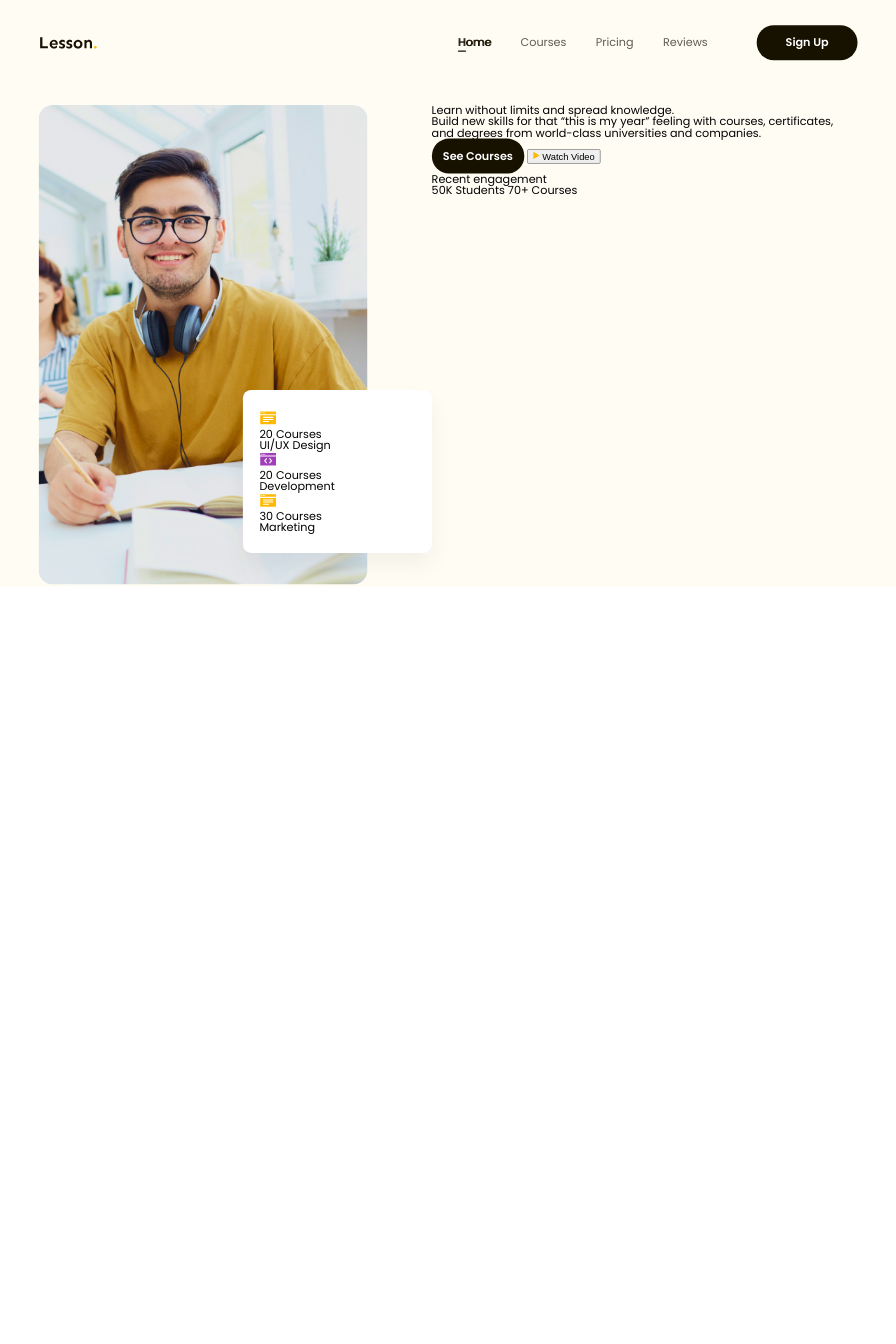
Repository: Tibi2003/f8-htmlcss-02
Page: index.html
These files come from the project's save history. The page is drawn as it stood at one moment and after the next save; the edit follows.
The browser window is 1280 px wide. The pictures show the part of the page from y = 0 to 1920 px (the page is 5000 px tall), at 70% of full size.

Above is the page before, as saved 2024-03-07 09:45:29.

### index.html
<!DOCTYPE html>
<html lang="en">
	<head>
		<meta charset="UTF-8" />
		<meta name="viewport" content="width=device-width, initial-scale=1.0" />
		<title>F8 Project 02</title>
		<!-- Reset CSS -->
		<link rel="stylesheet" href="./assets/css/reset.css" />
		<!-- Embed fonts -->
		<link rel="preconnect" href="https://fonts.googleapis.com" />
		<link rel="preconnect" href="https://fonts.gstatic.com" crossorigin />
		<link
			href="https://fonts.googleapis.com/css2?family=Poppins:ital,wght@0,100;0,200;0,300;0,400;0,500;0,600;0,700;0,800;0,900;1,100;1,200;1,300;1,400;1,500;1,600;1,700;1,800;1,900&family=Sen:wght@400..800&display=swap"
			rel="stylesheet" />
		<!-- Styles -->
		<link rel="stylesheet" href="./assets/css/styles.css" />
	</head>
	<body>
		<main style="height: 5000px">
			<!-- Header -->
			<header class="header fixed">
				<div class="main-content">
					<div class="body">
						<!-- Logo -->
						<img
							src="./assets/img/logo.svg"
							alt="Lesson."
							class="logo" />

						<!-- Nav -->
						<nav class="nav">
							<ul>
								<li class="active">
									<a href="#!">Home</a>
								</li>
								<li>
									<a href="#!">Courses</a>
								</li>
								<li>
									<a href="#!">Pricing</a>
								</li>
								<li>
									<a href="#!">Reviews</a>
								</li>
							</ul>
						</nav>

						<!-- Action -->
						<div class="action">
							<a href="#!" class="btn sign-up-btn">Sign Up</a>
						</div>
					</div>
				</div>
			</header>

			<!-- Hero -->
			<div class="hero">
				<div class="main-content">
					<div class="body">
						<!-- Hero left -->
						<div class="media-block">
							<img
								src="./assets/img/hero-img.jpg"
								alt="Learn without limits and spread knowledge."
								class="img" />

							<div class="hero-summary">
								<div class="item">
									<div class="icon">
										<img
											src="./assets/icons/list.svg"
											alt="" />
									</div>
									<div class="info">
										<p class="label">20 Courses</p>
										<p class="title">UI/UX Design</p>
									</div>
								</div>
								<div class="item">
									<div class="icon">
										<img
											src="./assets/icons/code.svg"
											alt="" />
									</div>
									<div class="info">
										<p class="label">20 Courses</p>
										<p class="title">Development</p>
									</div>
								</div>
								<div class="item">
									<div class="icon">
										<img
											src="./assets/icons/list.svg"
											alt="" />
									</div>
									<div class="info">
										<p class="label">30 Courses</p>
										<p class="title">Marketing</p>
									</div>
								</div>
							</div>
						</div>

						<!-- Hero right -->
						<div class="content-block">
							<h1 class="heading">
								Learn without limits and spread knowledge.
							</h1>
							<p class="desc">
								Build new skills for that “this is my year”
								feeling with courses, certificates, and degrees
								from world-class universities and companies.
							</p>
							<div class="cta-group">
								<a href="#!" class="btn">See Courses</a>
								<button class="watch-video">
									<div class="icon">
										<img
											src="./assets/icons/play.svg"
											alt="" />
										<span>Watch Video</span>
									</div>
								</button>
							</div>
							<p class="desc">Recent engagement</p>
							<p class="desc">
								<strong>50K</strong> Students
								<strong>70+</strong> Courses
							</p>
						</div>
					</div>
				</div>
			</div>
		</main>
	</body>
</html>

### assets/css/styles.css
* {
	box-sizing: border-box;
}

html {
	font-size: 62.5%;
}

body {
	font-size: 1.6rem;
	font-family: "Poppins", sans-serif;
}

/* Common */
.main-content {
	width: 1170px;
	max-width: calc(100% - 48px);
	margin-left: auto;
	margin-right: auto;
}

a {
	text-decoration: none;
}

.btn {
	display: inline-block;
	min-width: 118px;
	padding: 0 16px;
	line-height: 50px;
	color: #fff;
	text-align: center;
	font-size: 1.6rem;
	font-weight: 600;
	border-radius: 24.5px;
	background: #171100;
}

/* Header */
.header {
	background: #fffcf4;
}

.header.fixed {
	position: sticky;
	top: -28px;
}

.header .body {
	display: flex;
	align-items: center;
	padding: 36px 0 8px;
}

.nav {
	margin-left: auto;
}

.nav ul {
	display: flex;
}

.nav a {
	position: relative;
	padding: 8px 21px;
	color: #5f5b53;
	font-size: 1.6rem;
}

.nav a:hover,
.nav li.active a {
	/* font-weight: 600; */
	text-shadow: 1px 0 0 currentColor;
	color: #171100;
}

.nav li.active a::after {
	position: absolute;
	left: 21px;
	bottom: 6px;
	content: "";
	display: block;
	width: 12px;
	height: 2px;
	border-radius: 1px;
	background: #171100;
}

.header .sign-up-btn {
	min-width: 144px;
}

.header .action {
	margin-left: 49px;
}

/* Hero */
.hero {
	padding-top: 56px;
	background: #fffcf4;
}

.hero .body {
	display: flex;
}

.hero .media-block {
	position: relative;
	width: 48%;
}

.hero .media-block .img {
	width: 470px;
	height: 685px;
	object-fit: cover;
	border-radius: 20px;
}

.hero-summary {
	position: absolute;
	right: 0;
	bottom: 48px;
	width: 270px;
	padding: 28px 24px;
	border-radius: 12px;
	background: #fff;
	box-shadow: 0px 16px 32px 0px rgba(0, 0, 0, 0.05);
}

.hero .content-block {
	width: 52%;
}

Loaded but not shown: assets/css/reset.css (common file)

After the next save:
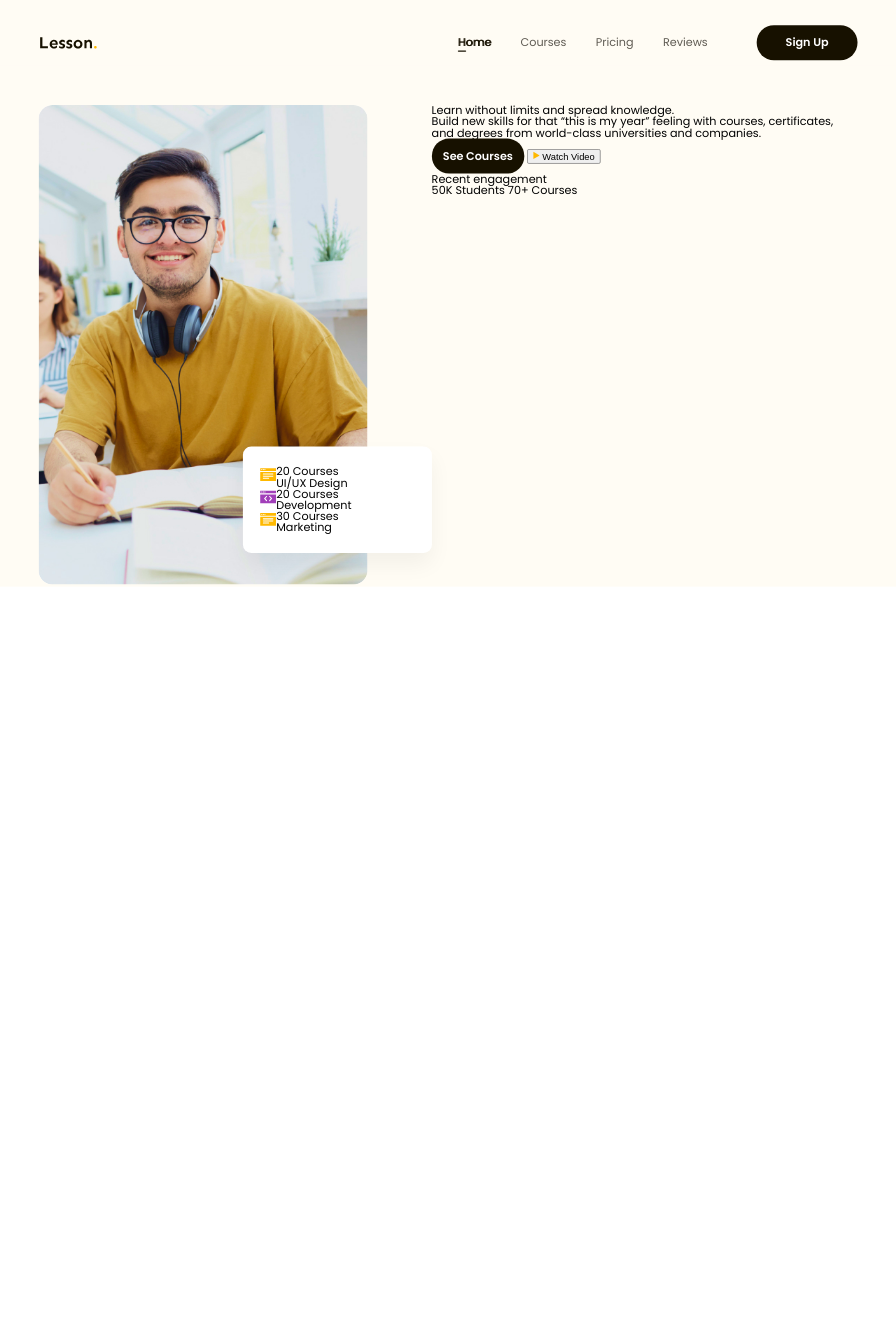
Saved 29 s later.
--- a/assets/css/styles.css
+++ b/assets/css/styles.css
@@ -127,6 +127,10 @@ a {
 	box-shadow: 0px 16px 32px 0px rgba(0, 0, 0, 0.05);
 }
 
+.hero-summary .item {
+	display: flex;
+}
+
 .hero .content-block {
 	width: 52%;
 }
